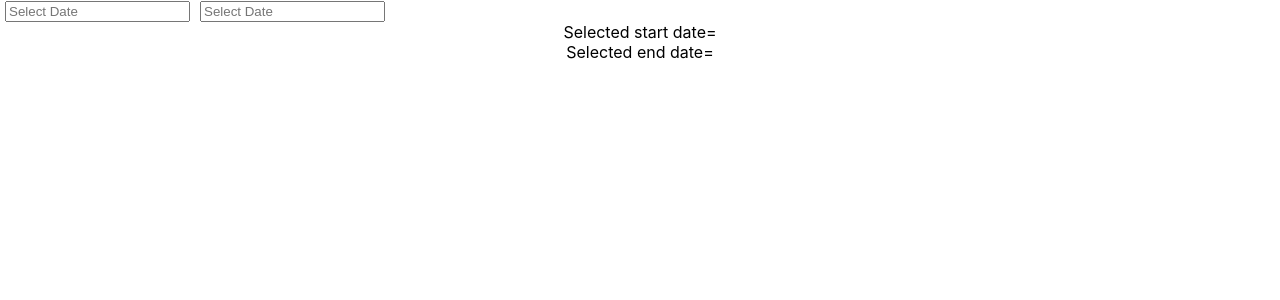
Repository: LizAcu/RugTest
Page: /
An editor plug-in stored every save of this project. The page is shown before and after the next save, followed by the edit.
The browser window is 1280 px wide. The pictures show the whole page.
The project was rebuilt for these pictures with package versions that can differ from the ones it lists, and the page was loaded fresh each time.

Above is the page before, as saved 2022-08-25 12:36:57.

After the next save:
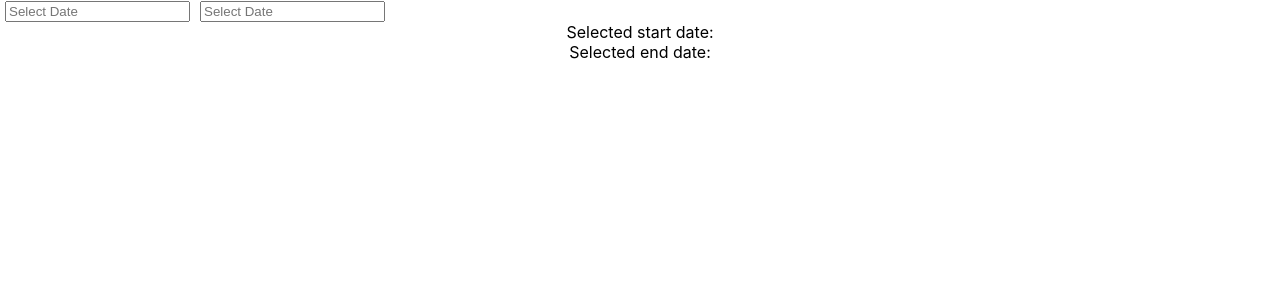
Saved 15 s later.
--- a/src/PickupDate/PickupDate.js
+++ b/src/PickupDate/PickupDate.js
@@ -53,8 +53,8 @@ export function DatePickerRange() {
             onChange={date => setEndDate(date)}
         />
         </div>
-        <div>Selected start date={startDate ? startDate.toString() : null}</div>
-        <div>Selected end date={endDate ? endDate.toString() : null}</div>
+        <div>Selected start date:{startDate ? startDate.toString() : null}</div>
+        <div>Selected end date:{endDate ? endDate.toString() : null}</div>
             </div>
 
     );
